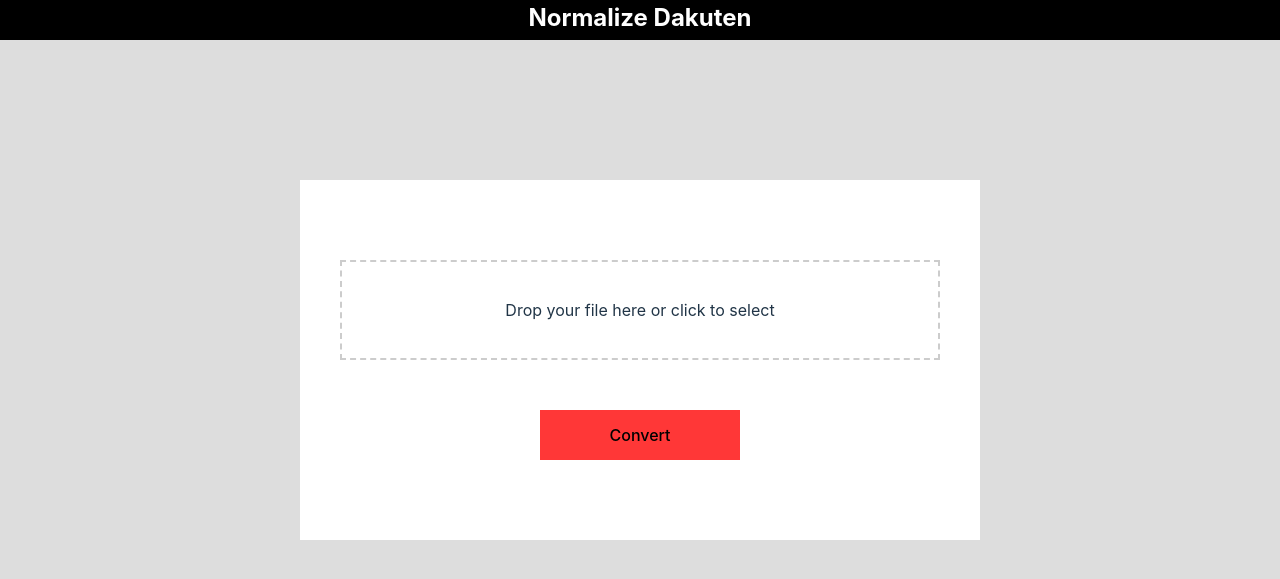
Repository: CatHandsService/normalize_dakuten
Page: / (app in front/)
An editor plug-in stored every save of this project. The page is shown before and after the next save, followed by the edit.
The browser window is 1280 px wide. The pictures show the whole page.
The project was rebuilt for these pictures with package versions that can differ from the ones it lists, and the page was loaded fresh each time. Also part of the build but not shown: front/vite.config.ts.

Above is the page before, as saved 2024-01-27 16:21:37.

### front/src/App.tsx
import './App.css'
import { Header } from "./components/Header"
import { ImportFile } from "./components/ImportFile"
import { Convert } from "./components/Convert"

function App() {

  return (
    <div className="main">
      <Header />
      <div className="container">
        <ImportFile />
        <Convert />
      </div>
    </div>
  )
}

export default App

### front/src/App.css
#root {
  max-width: 1280px;
  margin: 0 auto;
  padding: 2rem;
  text-align: center;
}

body {
  background-color: #ddd;
}

.header {
  width: 100%;
  height: 40px;
  background-color: #000;
  color: #fff;
  font-size: 24px;
  font-weight: bold;
  text-align: center;
  position: fixed;
  left: 0;
  top: 0;
}
.container {
  width: 600px;
  height: 200px;
  margin: 60px auto;
  padding: 80px 40px;
  background-color: #fff;
  display: flex;
  flex-direction: column;
  justify-content: space-between;
}

.inputField {
  width: 400px;
  height: 300px;
}
.convert {
  width: 200px;
  height: 50px;
  background-color: #ff3737;
  border-radius: 0;
}

### front/src/components/Header.tsx
import '../App.css'

export const Header = () => {
  return (
    <div className="header">
      Normalize Dakuten
    </div>
  )
}

### front/src/components/ImportFile.tsx
import '../App.css'
import React, { useCallback, useState } from 'react';
import { useDropzone } from 'react-dropzone';

export const ImportFile = () => {
  const [selectedFile, setSelectedFile] = useState<File | null>(null);
  const [fileName, setFileName] = useState<string>('');

  const onDrop = useCallback((acceptedFiles: File[]) => {
    // ファイルが選択された時の処理
    const file = acceptedFiles[0];
    setSelectedFile(file);
    setFileName(file.name);

    // エクセルで取り扱えるファイルかどうかのバリデーションを実行
    if (validateFile(file)) {
      // バリデーションが通れば、ここで必要な処理を実行
      console.log('The file is a file that can be handled by Excel.');
    } else {
      // バリデーションが通らない場合はエラーメッセージを表示などの処理を実行
      console.error('This file cannot be handled by Excel.');
      setSelectedFile(null);
      setFileName('');
    }
  }, []);

  const validateFile = (file: File): boolean => {
    // エクセルで取り扱えるかのバリデーションロジックをここに実装
    // 例として、拡張子がxlsxの場合にtrueを返すものとします
    return file.name.toLowerCase().endsWith('.xlsx');
  };

  const { getRootProps, getInputProps } = useDropzone({
    onDrop,
    multiple: false, // 一度に複数のファイルを選択できないようにする
    accept: '.xlsx', // 受け入れるファイルの種類を指定
  });

  return (
    <div>
      <div {...getRootProps()} style={dropzoneStyles}>
        <input className='inputField' {...getInputProps()} />
        <p>Drop your file here or click to select</p>
      </div>
      {selectedFile && (
        <div>
          <p>selected file : {fileName}</p>
        </div>
      )}
    </div>
  );
};

const dropzoneStyles: React.CSSProperties = {
  border: '2px dashed #cccccc',
  padding: '20px',
  textAlign: 'center',
  cursor: 'pointer',
};

### front/src/components/Convert.tsx
import '../App.css'

export const Convert = () => {
  return (
    <div>
      <button className="convert">Convert</button>
    </div>
  )
}

Loaded but not shown: front/index.html (common file); front/src/main.tsx (common file); front/src/index.css (common file)

After the next save:
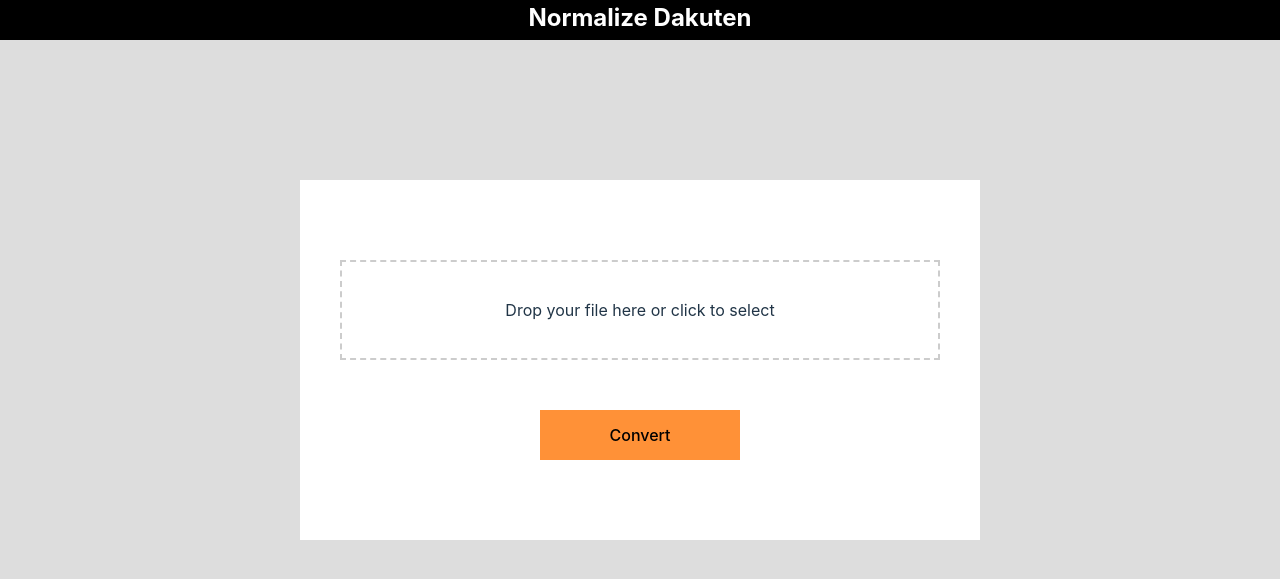
Saved 10 s later.
--- a/front/src/App.css
+++ b/front/src/App.css
@@ -39,6 +39,6 @@ body {
 .convert {
   width: 200px;
   height: 50px;
-  background-color: #ff3737;
+  background-color: #ff9137;
   border-radius: 0;
 }
